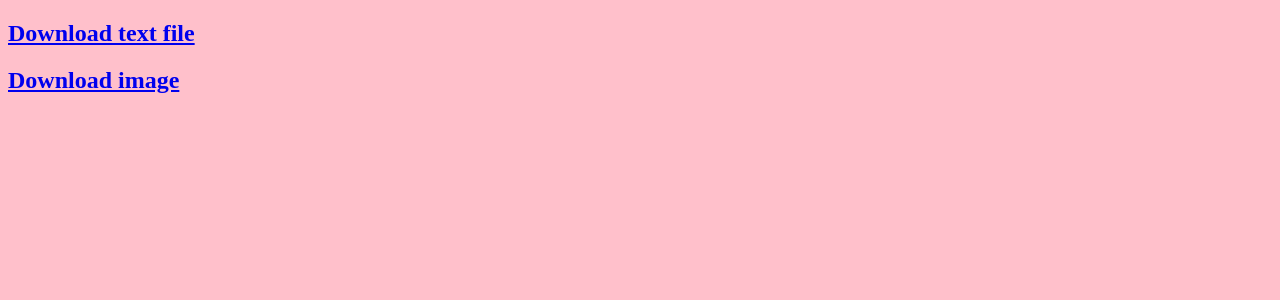
Repository: Pallavijoshii/Zen_Training
Page: RESTfulWebServices/TrivagoHotels/WebContent/index.html
The author's editor kept a copy of each file at every save. The page is drawn from the files as they stood at one save, then again after the next save.
The browser window is 1280 px wide. The pictures show the whole page.

Above is the page before, as saved 2019-07-25 22:22:30.

### RESTfulWebServices/TrivagoHotels/WebContent/index.html
<!DOCTYPE html>
<html>
<head>
<meta charset="ISO-8859-1">
<title>Trivago Home</title>
<style type="text/css">
body {
  background-color:pink;

}

</style>

</head>
<body>
<!--  <h3>How to say hello?</h3>
 <h2><a href="http://localhost:8084/HelloServices/zenrest/zenHello">Plain</a></h2>
 <h4><a href="http://localhost:8084/HelloServices/zenrest/zenHello/welcome">Html</a></h4>
 <h2><a href="http://localhost:8084/HelloServices/zenrest/zenHellowelcomexml">Xml</a></h2>

 <p><a href="AddProduct.html">AddProduct</a></p> -->
 <h2><a href="http://localhost:8084/HelloServices/zenrest/files/txt">Download text file</a></h2>
  <h2><a href="http://localhost:8084/HelloServices/zenrest/files/img">Download image</a></h2>

</body>
</html>

After the next save:
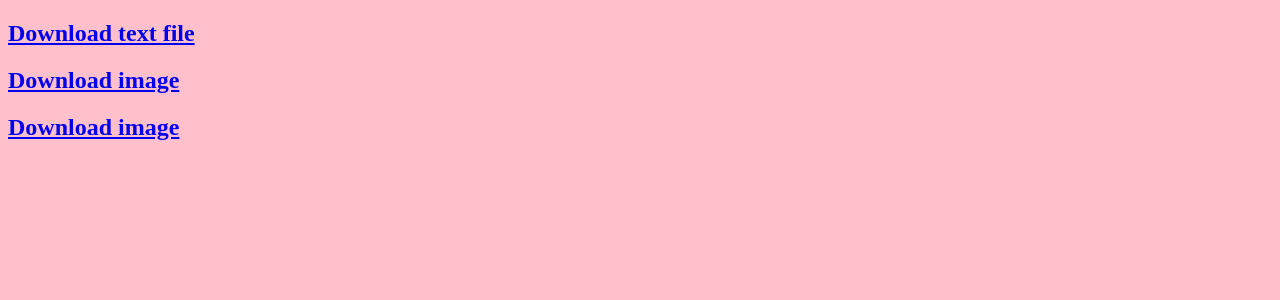
Saved 2 min 52 s later.
--- a/RESTfulWebServices/TrivagoHotels/WebContent/index.html
+++ b/RESTfulWebServices/TrivagoHotels/WebContent/index.html
@@ -21,6 +21,7 @@ body {
  <p><a href="AddProduct.html">AddProduct</a></p> -->
  <h2><a href="http://localhost:8084/HelloServices/zenrest/files/txt">Download text file</a></h2>
   <h2><a href="http://localhost:8084/HelloServices/zenrest/files/img">Download image</a></h2>
+  <h2><a href="http://localhost:8084/HelloServices/zenrest/file">Download image</a></h2>
 
 </body>
 </html>
